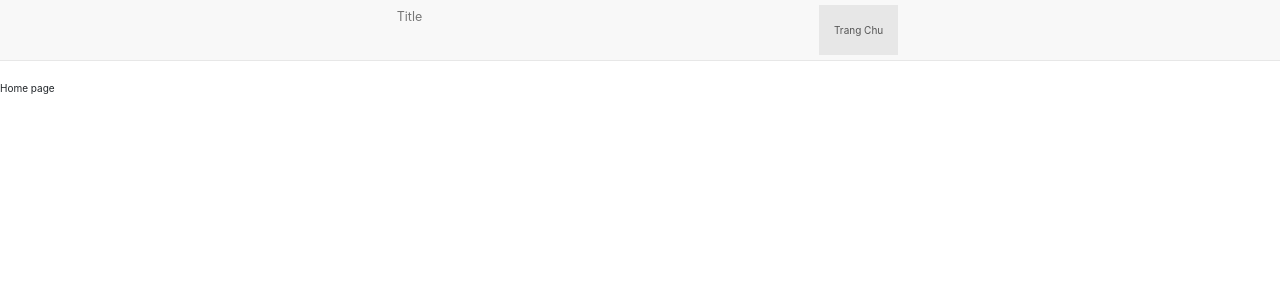
Repository: hntvip/react-route
Page: /
An editor plug-in stored every save of this project. The page is shown before and after the next save, followed by the edit.
The browser window is 1280 px wide. The pictures show the whole page.
The project was rebuilt for these pictures with package versions that can differ from the ones it lists, and the page was loaded fresh each time. Also part of the build but not shown: src/App.css, src/components/About.js, src/components/Contact.js.

Above is the page before, as saved 2019-11-27 17:06:53.

### public/index.html
<!DOCTYPE html>
<html lang="en">
  <head>
    <meta charset="utf-8" />
    <link rel="icon" href="%PUBLIC_URL%/favicon.ico" />
    <meta name="viewport" content="width=device-width, initial-scale=1" />
    <meta name="theme-color" content="#000000" />
    <meta
      name="description"
      content="Web site created using create-react-app"
    />
    <link rel="apple-touch-icon" href="logo192.png" />
    <!--
      manifest.json provides metadata used when your web app is installed on a
      user's mobile device or desktop. See https://developers.google.com/web/fundamentals/web-app-manifest/
    -->
    <link rel="manifest" href="%PUBLIC_URL%/manifest.json" />
    <!--
      Notice the use of %PUBLIC_URL% in the tags above.
      It will be replaced with the URL of the `public` folder during the build.
      Only files inside the `public` folder can be referenced from the HTML.

      Unlike "/favicon.ico" or "favicon.ico", "%PUBLIC_URL%/favicon.ico" will
      work correctly both with client-side routing and a non-root public URL.
      Learn how to configure a non-root public URL by running `npm run build`.
    -->
    <title>React App</title>

    <!-- Latest compiled and minified CSS & JS -->
    <link rel="stylesheet" media="screen" href="//netdna.bootstrapcdn.com/bootstrap/3.3.4/css/bootstrap.min.css">
    <script src="//code.jquery.com/jquery.js"></script>
    <script src="//netdna.bootstrapcdn.com/bootstrap/3.3.4/js/bootstrap.min.js"></script>

  </head>
  <body>
    <noscript>You need to enable JavaScript to run this app.</noscript>
    <div id="root"></div>
    <!--
      This HTML file is a template.
      If you open it directly in the browser, you will see an empty page.

      You can add webfonts, meta tags, or analytics to this file.
      The build step will place the bundled scripts into the <body> tag.

      To begin the development, run `npm start` or `yarn start`.
      To create a production bundle, use `npm run build` or `yarn build`.
    -->
  </body>
</html>

### src/index.js
import React from 'react';
import ReactDOM from 'react-dom';
import './index.css';
import App from './App';
import * as serviceWorker from './serviceWorker';

import '../node_modules/bootstrap/dist/css/bootstrap.css';

ReactDOM.render(<App />, document.getElementById('root'));

// If you want your app to work offline and load faster, you can change
// unregister() to register() below. Note this comes with some pitfalls.
// Learn more about service workers: https://bit.ly/CRA-PWA
serviceWorker.unregister();

### src/App.js
import React from 'react';
import './App.css';
import { BrowserRouter as Router, Route, NavLink} from 'react-router-dom';
import About from './components/About';
import Home from './components/Home';
import Contact from './components/Contact';
const MenuLink = ({label, to, activeOnlyWhenExact}) => {
  return (
    <Route path={to} exact={activeOnlyWhenExact} children={(match)=>{
      var active = match ? 'active': 'abc'
      return (
        <li className={active}>
          <NavLink to={to} className="my-link"> {label}</NavLink>
        </li>
      )
    }} >

    </Route>
  )
}
function App() {
  return (
    <Router>
      <nav class="navbar navbar-default navbar-fixed-top" role="navigation">
        <a class="navbar-brand" href="#">Title</a>
        <ul class="nav navbar-nav">
          <MenuLink to="/" label="Trang Chu" activeOnlyWhenExact="true"/>
        </ul>
      </nav>
      {/* Noi Dung */}
      <Route path="/" exact component={Home}></Route>
        <Route path="/contact" component={Contact}></Route>
        <Route path="/about" component={About}></Route>

    </Router>
  );
}

export default App;

### src/components/Home.js
import React from 'react';

function Home() {
  return (
    <div>Home page</div>
  );
}

export default Home;

Loaded but not shown: src/index.css (common file); src/serviceWorker.js (common file)

After the next save:
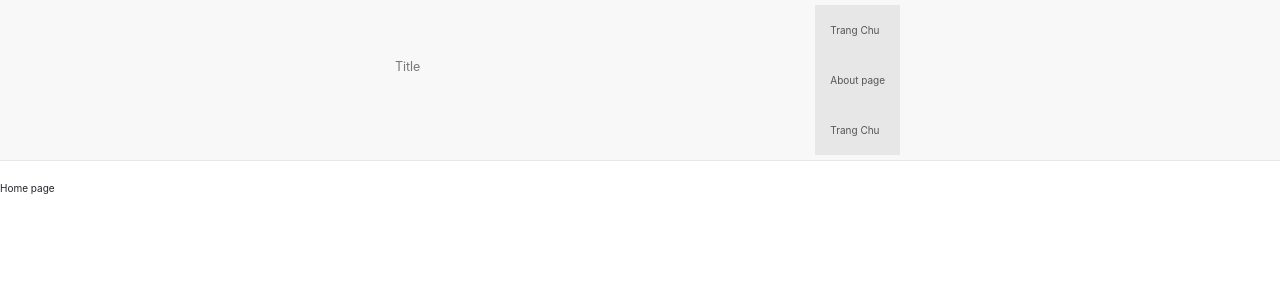
Saved 24 s later.
--- a/src/App.js
+++ b/src/App.js
@@ -25,6 +25,8 @@ function App() {
         <a class="navbar-brand" href="#">Title</a>
         <ul class="nav navbar-nav">
           <MenuLink to="/" label="Trang Chu" activeOnlyWhenExact="true"/>
+          <MenuLink to="/about" label="About page" activeOnlyWhenExact="true"/>
+          <MenuLink to="/contact" label="Trang Chu" activeOnlyWhenExact="true"/>
         </ul>
       </nav>
       {/* Noi Dung */}
